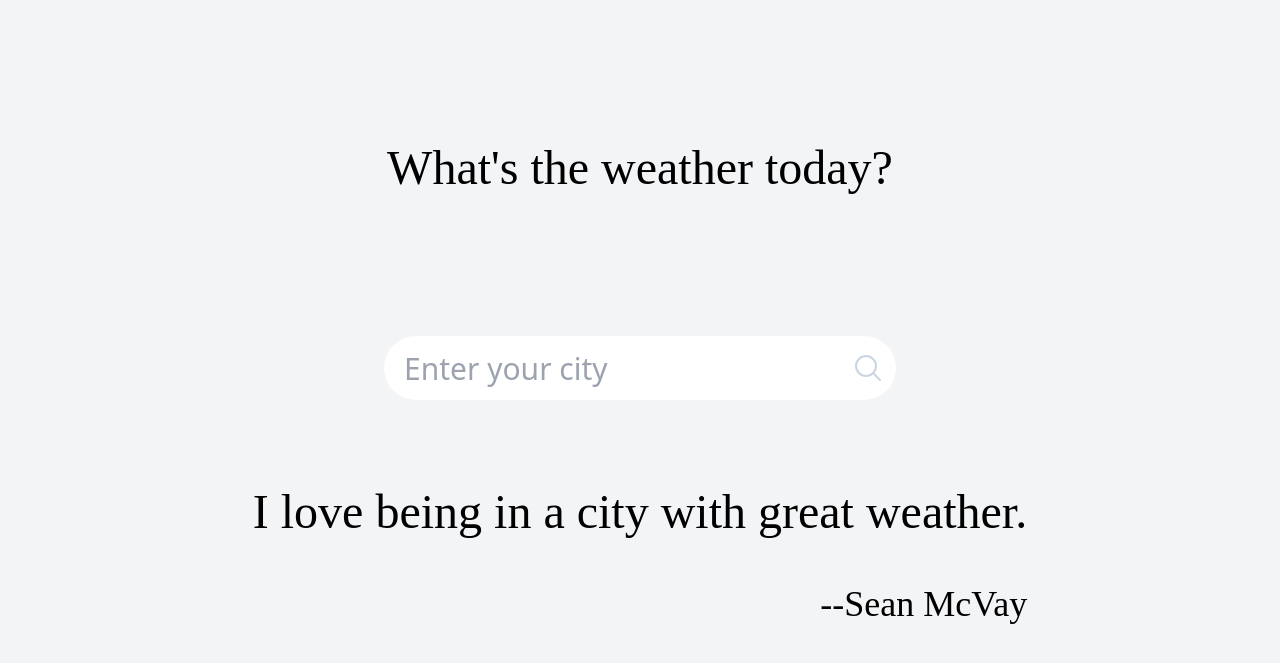
Repository: Tiaanz/Weather-App
Page: /
These files come from the project's save history. The page is drawn as it stood at one moment and after the next save; the edit follows.
The browser window is 1280 px wide. The pictures show the whole page.
The project was rebuilt for these pictures with package versions that can differ from the ones it lists, and the page was loaded fresh each time.

Above is the page before, as saved 2023-03-05 20:49:01.

### src/index.js
//引入React核心库
import React from 'react';
//引入ReactDom
import ReactDom from 'react-dom/client';
//引入APP组件
import App from './App';
import './index.css'








//v18版本
 const root = ReactDom.createRoot(document.getElementById('root'));//创建虚拟DOM的插入节点，即原生DOM的节点
 const element = <App/> //声明组件
 root.render(element); //渲染组件到页面， 虚拟DOM到原生DOM

### src/App.js
import React, { useState, useEffect } from 'react'
// import Weather from './components/Weather'
import Quote from './components/Quote'

const App = () => {
  const [searchPlace, setSearchPlace] = useState('')
  const [cityName, setCityName] = useState('')
  const [country, setCountry] = useState('')
  const [time, setTime] = useState('')
  const [temp, setTemp] = useState('')
  const [tempImg, setTempImg] = useState('')
  const [condition, setCondition] = useState('')
  const [feelsLike, setfeelsLike] = useState('')
  const [wind, setWind] = useState('')
  const [humidity, setHumidity] = useState('')
  const [uv, setUv] = useState('')
  const [showQuote, setShowQuote] = useState(true)

  const API_URL = 'https://weatherapi-com.p.rapidapi.com/current.json'

  // useEffect(() => {
  //   document.body.style.backgroundColor = 'grey'
  // }, [])

  const searchWeather = (city) => async (e) => {
    e.preventDefault()
    try {
      // e.preventDefault()
      const response = await fetch(`${API_URL}?q=${city}`, {
        method: 'GET',
        headers: {
          'X-RapidAPI-Key':
            '6cda750ddbmsh3e2d299b52be602p1f7255jsn589c028d6d61',
          'X-RapidAPI-Host': 'weatherapi-com.p.rapidapi.com',
        },
      })
      const weatherObj = await response.json()
      const {
        location: { name, country, localtime },
        current: {
          temp_c,
          wind_kph,
          humidity,
          feelslike_c,
          uv,
          condition: { text, icon },
        },
      } = weatherObj
      const imgSrc = `http:${icon}`

      setCityName(name)
      setCountry(country)
      setTime(localtime)
      setTemp(temp_c)
      setTempImg(imgSrc)
      setCondition(text)
      setfeelsLike(feelslike_c)
      setWind(wind_kph)
      setHumidity(humidity)
      setUv(uv)
      setShowQuote(false)
    } catch (error) {
      console.log('wrong~~')
    }
  }
  return (
    <div>
      <h1 className="text-4xl sm:text-5xl my-36 font-header text-center">
        What's the weather today?
      </h1>
      <main className="flex flex-col items-center">
        {/* search bar */}
        <div className="w-full ">
          <form
            className="w-full flex justify-center"
            onSubmit={searchWeather(searchPlace)}
          >
            <div className=" w-3/4 sm:w-3/5 md:w-2/4  lg:w-2/5 flex items-center relative">
              <input
                className=" h-16 px-5 pr-10 rounded-full w-full text-2xl sm:text-3xl focus:outline-none"
                placeholder="Enter your city"
                type="text"
                value={searchPlace}
                onChange={(e) => setSearchPlace(e.target.value)}
              />
              <button type="submit" className="absolute right-3">
                <svg
                  xmlns="http://www.w3.org/2000/svg"
                  fill="none"
                  viewBox="0 0 24 24"
                  strokeWidth={1.5}
                  stroke="currentColor"
                  className="w-8 h-8 text-slate-300"
                >
                  <path
                    strokeLinecap="round"
                    strokeLinejoin="round"
                    d="M21 21l-5.197-5.197m0 0A7.5 7.5 0 105.196 5.196a7.5 7.5 0 0010.607 10.607z"
                  />
                </svg>
              </button>
            </div>
          </form>
        </div>
        {/* weather display card */}
      {showQuote ? <Quote/>:<div className="my-10 px-10 w-3/4 sm:w-3/5 md:w-2/4 lg:w-2/5  border rounded-2xl min-w-fit">
          <h2 className="text-3xl sm:text-5xl my-6  ">
            {cityName}, {country}
          </h2>

          <div className="flex items-center">
            <span className="text-5xl">{temp}°C</span>
            <img className="mx-10" src={tempImg} alt="" />
            <p className="text-2xl sm:text-3xl">{condition}</p>
          </div>
          <p className="text-2xl sm:text-3xl">Feels like: {feelsLike}°C</p>
          <div className="text-2xl leading-9 mt-10">
            <div className="flex">
              <span className="mr-3">
                <svg
                  width="20px"
                  height="20px"
                  viewBox="0 0 24 24"
                  fill="none"
                  xmlns="http://www.w3.org/2000/svg"
                >
                  <path
                    d="M2 15H18.5C20.43 15 22 16.57 22 18.5C22 20.43 20.43 22 18.5 22C16.57 22 15 20.43 15 18.5V18"
                    stroke="#292D32"
                    strokeWidth="1.5"
                    strokeMiterlimit="10"
                    strokeLinecap="round"
                    strokeLinejoin="round"
                  />
                  <path
                    d="M2 12H18.5C20.42 12 22 10.43 22 8.5C22 6.58 20.42 5 18.5 5C16.58 5 15 6.57 15 8.5V9"
                    stroke="#292D32"
                    strokeWidth="1.5"
                    strokeMiterlimit="10"
                    strokeLinecap="round"
                    strokeLinejoin="round"
                  />
                  <path
                    d="M2 9H9.31C10.8 9 12 7.79 12 6.31C12 4.82 10.79 3.62 9.31 3.62C7.82 3.62 6.62 4.83 6.62 6.31V6.69"
                    stroke="#292D32"
                    strokeWidth="1.5"
                    strokeMiterlimit="10"
                    strokeLinecap="round"
                    strokeLinejoin="round"
                  />
                </svg>
              </span>
              <p>Wind: {wind}kph</p>
            </div>
            <div className="flex">
              <span className="mr-3">
                <svg
                  width="20px"
                  height="20px"
                  viewBox="0 0 24 24"
                  xmlns="http://www.w3.org/2000/svg"
                >
                  <path d="M12,6.36c2,2.58,4,5.87,4,7.64a4,4,0,0,1-8,0c0-1.77,2-5.06,4-7.64M12,3.2S6,10,6,14a6,6,0,0,0,12,0c0-4-6-10.8-6-10.8Z" />
                  <rect width="24" height="24" fill="none" />
                </svg>
              </span>
              <p>Humidity: {humidity}%</p>
            </div>
            <div className="flex">
              <span className="mr-3">
                <svg
                  width="20px"
                  height="20px"
                  viewBox="0 0 24 24"
                  fill="none"
                  xmlns="http://www.w3.org/2000/svg"
                >
                  <path
                    d="M12 17.75C10.8628 17.75 9.75106 17.4128 8.80547 16.781C7.85989 16.1491 7.1229 15.2511 6.6877 14.2004C6.25249 13.1498 6.13862 11.9936 6.36049 10.8782C6.58235 9.76284 7.12999 8.73829 7.93414 7.93414C8.73829 7.12999 9.76284 6.58235 10.8782 6.36049C11.9936 6.13862 13.1498 6.25249 14.2004 6.6877C15.2511 7.1229 16.1491 7.85989 16.781 8.80547C17.4128 9.75106 17.75 10.8628 17.75 12C17.7474 13.5242 17.1407 14.9852 16.0629 16.0629C14.9852 17.1407 13.5242 17.7474 12 17.75ZM12 7.75C11.1594 7.75 10.3377 7.99926 9.63883 8.46626C8.93992 8.93325 8.39519 9.59701 8.07351 10.3736C7.75184 11.1502 7.66768 12.0047 7.83167 12.8291C7.99565 13.6536 8.40043 14.4108 8.9948 15.0052C9.58917 15.5996 10.3464 16.0044 11.1709 16.1683C11.9953 16.3323 12.8498 16.2482 13.6264 15.9265C14.403 15.6048 15.0668 15.0601 15.5337 14.3612C16.0007 13.6623 16.25 12.8406 16.25 12C16.2474 10.8736 15.7987 9.79417 15.0023 8.99772C14.2058 8.20126 13.1264 7.75264 12 7.75Z"
                    fill="#000000"
                  />
                  <path
                    d="M12 5C11.8019 4.99741 11.6126 4.91756 11.4725 4.77747C11.3324 4.63737 11.2526 4.44811 11.25 4.25V2.75C11.25 2.55109 11.329 2.36032 11.4697 2.21967C11.6103 2.07902 11.8011 2 12 2C12.1989 2 12.3897 2.07902 12.5303 2.21967C12.671 2.36032 12.75 2.55109 12.75 2.75V4.25C12.7474 4.44811 12.6676 4.63737 12.5275 4.77747C12.3874 4.91756 12.1981 4.99741 12 5Z"
                    fill="#000000"
                  />
                  <path
                    d="M12 22C11.8019 21.9974 11.6126 21.9176 11.4725 21.7775C11.3324 21.6374 11.2526 21.4481 11.25 21.25V19.75C11.25 19.5511 11.329 19.3603 11.4697 19.2197C11.6103 19.079 11.8011 19 12 19C12.1989 19 12.3897 19.079 12.5303 19.2197C12.671 19.3603 12.75 19.5511 12.75 19.75V21.25C12.7474 21.4481 12.6676 21.6374 12.5275 21.7775C12.3874 21.9176 12.1981 21.9974 12 22Z"
                    fill="#000000"
                  />
                  <path
                    d="M21.25 12.75H19.75C19.5511 12.75 19.3603 12.671 19.2197 12.5303C19.079 12.3897 19 12.1989 19 12C19 11.8011 19.079 11.6103 19.2197 11.4697C19.3603 11.329 19.5511 11.25 19.75 11.25H21.25C21.4489 11.25 21.6397 11.329 21.7803 11.4697C21.921 11.6103 22 11.8011 22 12C22 12.1989 21.921 12.3897 21.7803 12.5303C21.6397 12.671 21.4489 12.75 21.25 12.75Z"
                    fill="#000000"
                  />
                  <path
                    d="M4.25 12.75H2.75C2.55109 12.75 2.36032 12.671 2.21967 12.5303C2.07902 12.3897 2 12.1989 2 12C2 11.8011 2.07902 11.6103 2.21967 11.4697C2.36032 11.329 2.55109 11.25 2.75 11.25H4.25C4.44891 11.25 4.63968 11.329 4.78033 11.4697C4.92098 11.6103 5 11.8011 5 12C5 12.1989 4.92098 12.3897 4.78033 12.5303C4.63968 12.671 4.44891 12.75 4.25 12.75Z"
                    fill="#000000"
                  />
                  <path
                    d="M6.50001 7.24995C6.30707 7.2352 6.12758 7.14545 6.00001 6.99995L4.91001 5.99995C4.83844 5.92838 4.78167 5.84341 4.74293 5.7499C4.7042 5.65639 4.68427 5.55617 4.68427 5.45495C4.68427 5.35373 4.7042 5.25351 4.74293 5.16C4.78167 5.06649 4.83844 4.98152 4.91001 4.90995C4.98158 4.83838 5.06655 4.78161 5.16006 4.74287C5.25357 4.70414 5.3538 4.6842 5.45501 4.6842C5.55623 4.6842 5.65645 4.70414 5.74996 4.74287C5.84347 4.78161 5.92844 4.83838 6.00001 4.90995L7.00001 5.99995C7.123 6.13746 7.19099 6.31547 7.19099 6.49995C7.19099 6.68443 7.123 6.86244 7.00001 6.99995C6.87244 7.14545 6.69295 7.2352 6.50001 7.24995Z"
                    fill="#000000"
                  />
                  <path
                    d="M18.56 19.31C18.4615 19.3104 18.3638 19.2912 18.2728 19.2534C18.1818 19.2157 18.0993 19.1601 18.03 19.09L17 18C16.9332 17.86 16.9114 17.7028 16.9376 17.5499C16.9638 17.3971 17.0368 17.2561 17.1465 17.1464C17.2561 17.0368 17.3971 16.9638 17.55 16.9376C17.7028 16.9113 17.8601 16.9331 18 17L19.09 18C19.2305 18.1406 19.3094 18.3312 19.3094 18.53C19.3094 18.7287 19.2305 18.9194 19.09 19.06C19.0233 19.1355 18.9419 19.1967 18.8508 19.2397C18.7597 19.2827 18.6607 19.3066 18.56 19.31Z"
                    fill="#000000"
                  />
                  <path
                    d="M17.5 7.24995C17.3071 7.2352 17.1276 7.14545 17 6.99995C16.877 6.86244 16.809 6.68443 16.809 6.49995C16.809 6.31547 16.877 6.13746 17 5.99995L18 4.90995C18.1445 4.76541 18.3406 4.6842 18.545 4.6842C18.7494 4.6842 18.9455 4.76541 19.09 4.90995C19.2345 5.05449 19.3158 5.25054 19.3158 5.45495C19.3158 5.65936 19.2345 5.85541 19.09 5.99995L18 6.99995C17.8724 7.14545 17.6929 7.2352 17.5 7.24995Z"
                    fill="#000000"
                  />
                  <path
                    d="M5.44001 19.31C5.34147 19.3104 5.24383 19.2912 5.15282 19.2534C5.06181 19.2157 4.97926 19.1601 4.91001 19.09C4.76956 18.9494 4.69067 18.7587 4.69067 18.56C4.69067 18.3612 4.76956 18.1706 4.91001 18.03L6.00001 17C6.13997 16.9331 6.2972 16.9113 6.45006 16.9376C6.60293 16.9638 6.7439 17.0368 6.85357 17.1464C6.96324 17.2561 7.03621 17.3971 7.06244 17.5499C7.08866 17.7028 7.06685 17.86 7.00001 18L6.00001 19.09C5.92728 19.1638 5.83985 19.2216 5.74338 19.2595C5.64691 19.2974 5.54356 19.3146 5.44001 19.31Z"
                    fill="#000000"
                  />
                </svg>
              </span>
              <p>UV: {uv}</p>
            </div>
          </div>
          <span className="flex justify-end">Local time: {time}</span>
        </div>}

      </main>
    </div>
  )
}

export default App

### src/index.css
@tailwind base;
@tailwind components;
@tailwind utilities;

@import url('https://fonts.googleapis.com/css2?family=Lobster&display=swap');
@import url('https://fonts.googleapis.com/css2?family=Kalam:wght@300&display=swap');

body {
  background-color: #f3f4f6;
}

* {
  margin: 0;
  padding: 0;
}

### src/components/Quote.jsx
import React from 'react'
import quotes from '../data/quotes.json'



const randomIndex=getRandomIndex(quotes.quotes)
const quote=quotes.quotes[randomIndex].quote
const author=quotes.quotes[randomIndex].author


function getRandomIndex(arr) {
  const index=Math.floor(Math.random()*arr.length)
  return index
}

const Quote = () => {



  return (
    <div className="my-10 px-10 w-3/4 sm:w-3/5 md:w-2/4 lg:w-2/5 min-w-fit font-quote">
    <p className="text-5xl my-12 text-center">{quote}</p>
    <p className="text-4xl text-right">--{author}</p>
    </div>
  )
}

export default Quote

### src/data/quotes.json
{
  "quotes": [
    {
      "author": "Sean McVay",
      "quote": "I love being in a city with great weather."
    },
    {
      "author": "Frank Lane",
      "quote": "If you want to see the sunshine, you have to weather the storm."
    },
    {
      "author": "Ravyn Lenae",
      "quote": "I'm not a fan of cold weather."
    },
    {
      "author": "Charles Dudley Warner",
      "quote": "Everybody talks about the weather, but nobody does anything about it."
    }
  ]
}

### tailwind.config.js
/** @type {import('tailwindcss').Config} */
module.exports = {
  content: ['./src/**/*.{js,jsx,ts,tsx}'],
  theme: {
    fontFamily: {
      header: ['Lobster'],
      quote: ['Kalam'],
    },
    extend: {},
  },
  plugins: [],
}

Loaded but not shown: public/index.html (common file)

After the next save:
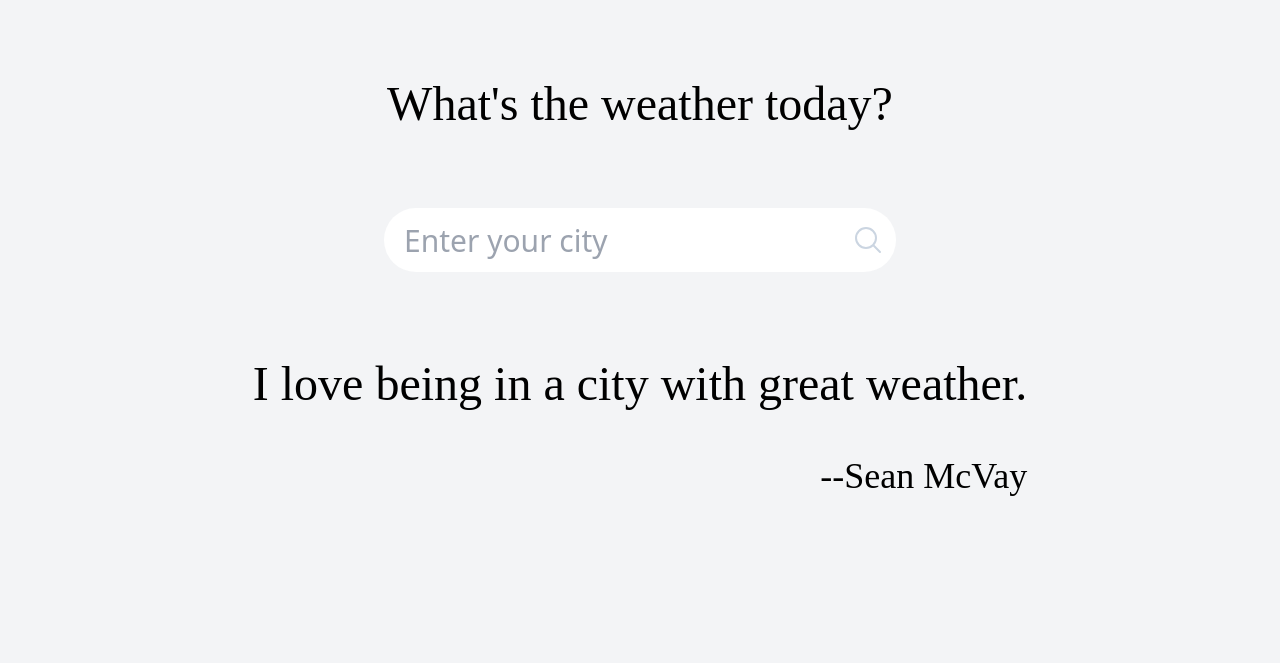
Saved 8 s later.
--- a/src/App.js
+++ b/src/App.js
@@ -65,7 +65,7 @@
   }
   return (
     <div>
-      <h1 className="text-4xl sm:text-5xl my-36 font-header text-center">
+      <h1 className="text-4xl sm:text-5xl my-20 font-header text-center">
         What's the weather today?
       </h1>
       <main className="flex flex-col items-center">
